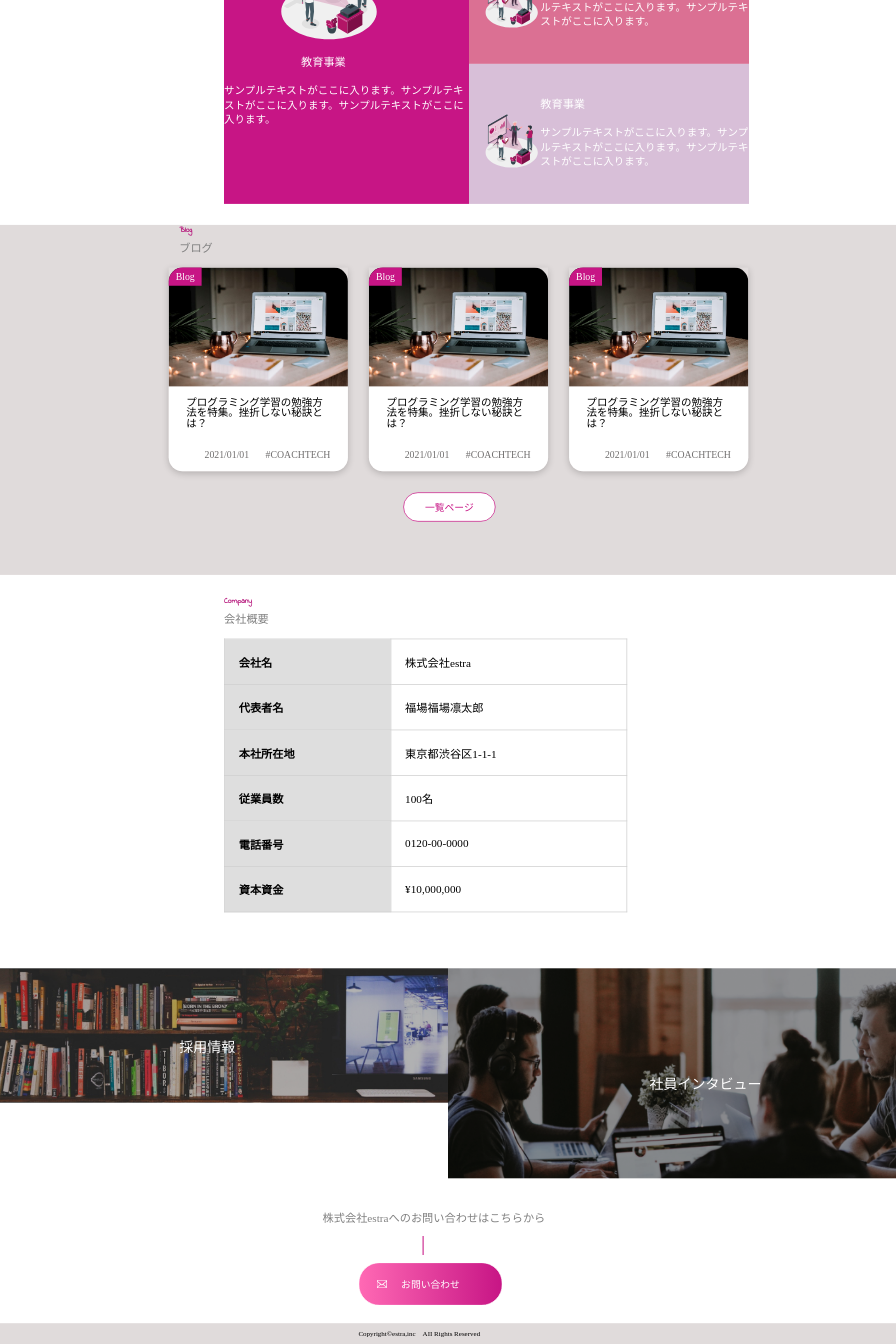
Repository: sigemasaasuka/20210902
Page: index.html
The author's editor kept a copy of each file at every save. The page is drawn from the files as they stood at one save, then again after a run of saves.
The browser window is 1280 px wide. The pictures show the part of the page from y = 1396 to 3316 px (the page is 3316 px tall), at 70% of full size.

Above is the page before, as saved 2021-10-05 18:21:34.

After the next 2 saves:
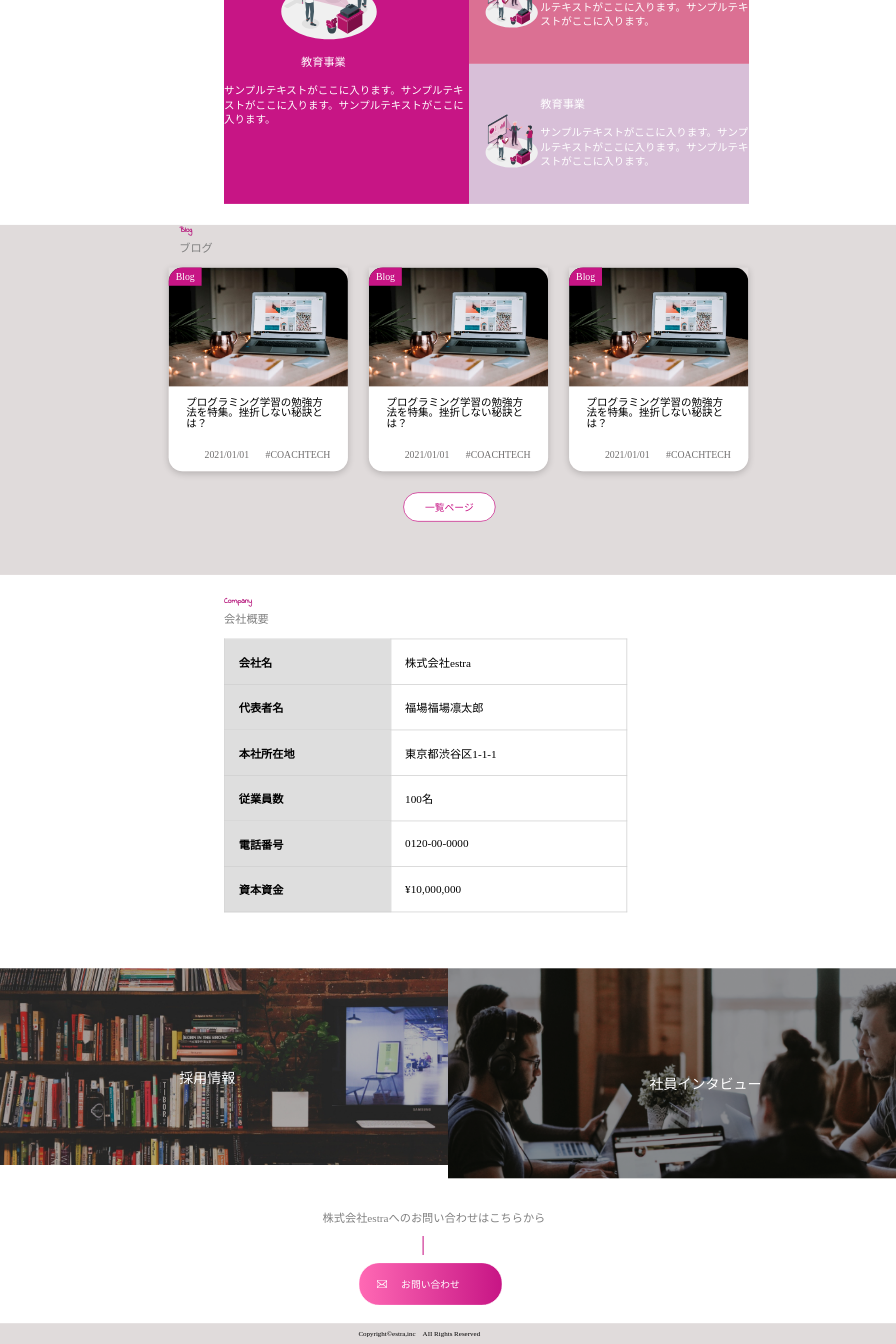
The 2 saves are shown as one change because they came seconds apart.
The last was saved 60 s later.
--- a/css/style.css
+++ b/css/style.css
@@ -392,7 +392,7 @@ table th {
   position: relative;
   width: 100%;
   height: 0;
-  padding-top: calc(300 / 1000 * 100%); /* calc(画像高さ ÷ 画像横幅 × 100%) */
+  padding-top: calc(300 / 683 * 100%); /* calc(画像高さ ÷ 画像横幅 × 100%) */
   background: url(../img/img/recruit.png) center center / cover no-repeat;
   margin-top: 30px;
 }
